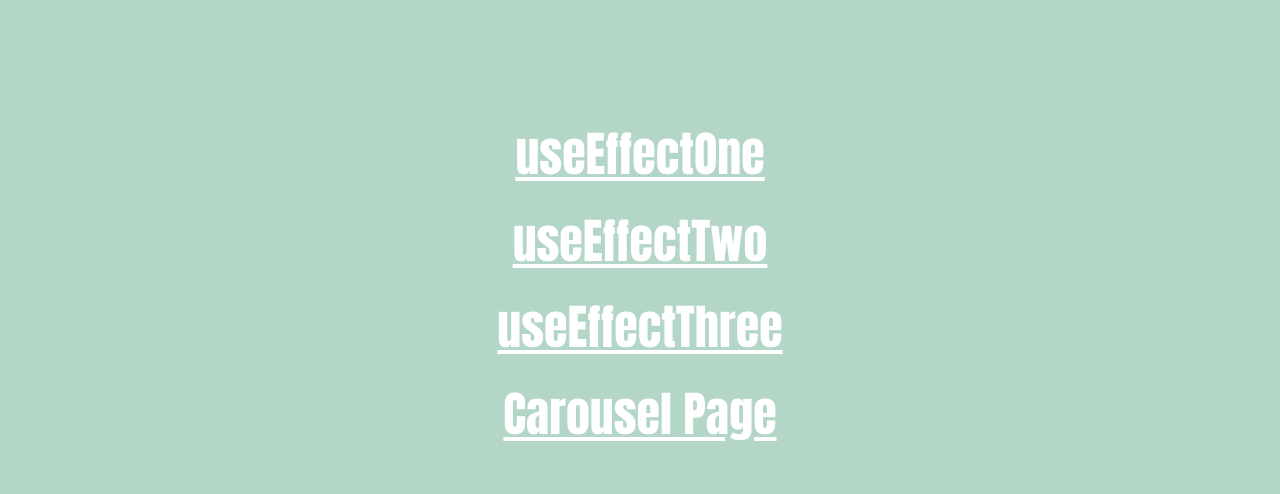
Repository: jennydmcm/useeffect-carousel
Page: /
These files come from the project's save history. The page is drawn as it stood at one moment and after the next save; the edit follows.
The browser window is 1280 px wide. The pictures show the whole page.
The project was rebuilt for these pictures with package versions that can differ from the ones it lists, and the page was loaded fresh each time. The framework's server and built-in components were replaced by stand-ins that run in the browser. Also part of the build but not shown: next.config.js.

Above is the page before, as saved 2023-02-23 18:44:54.

After the next save:
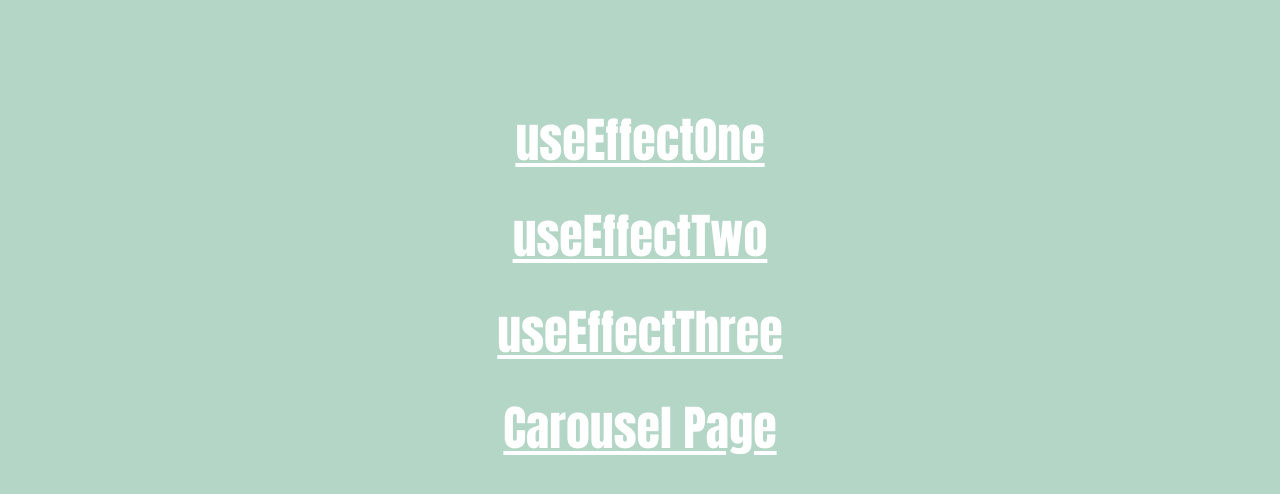
Saved 4 min 16 s later.
--- a/styles/Home.module.css
+++ b/styles/Home.module.css
@@ -1,7 +1,7 @@
 .main {
   display: flex;
   flex-direction: column;
-  justify-content: space-evenly;
+  justify-content: space-between;
   align-items: center;
   padding: 6rem;
   min-height: 50vh;
